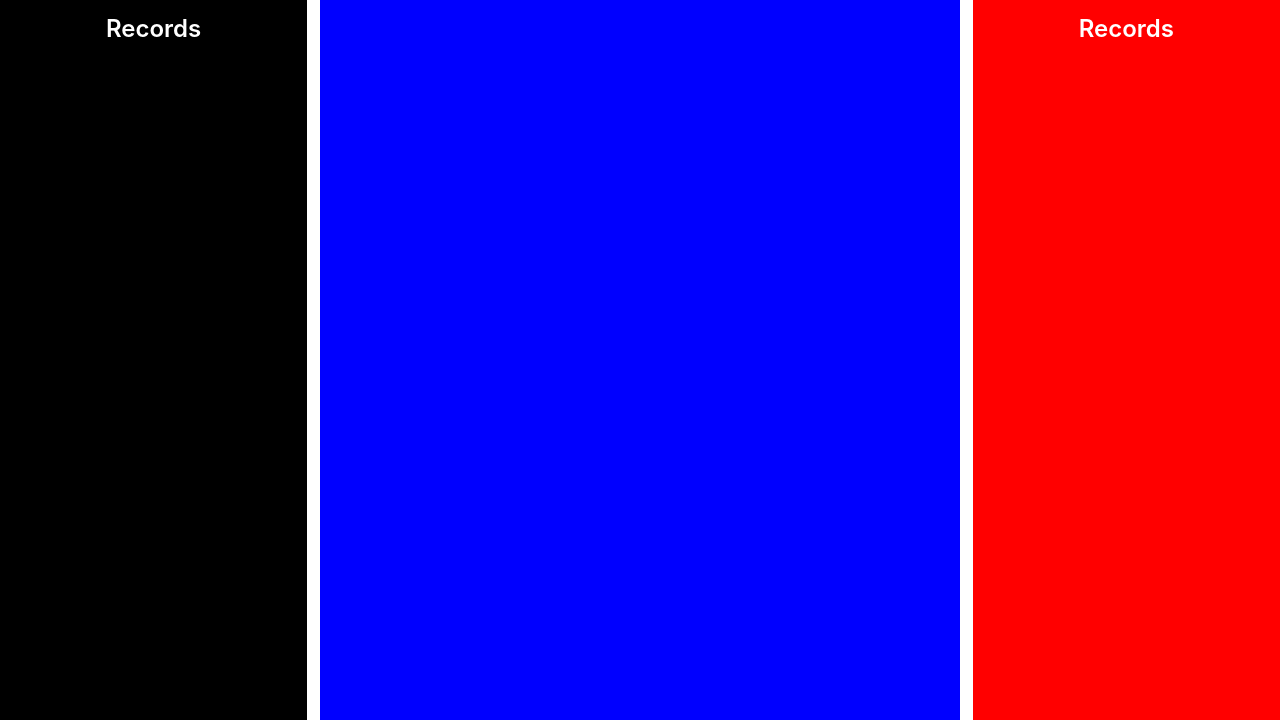
Repository: napan24/classforma_assignment
Page: / (app in client/)
These files come from the project's save history. The page is drawn as it stood at one moment and after the next save; the edit follows.
The browser window is 1280 px wide. The pictures show the whole page.
The project was rebuilt for these pictures with package versions that can differ from the ones it lists, and the page was loaded fresh each time. Also part of the build but not shown: client/src/App.css.

Above is the page before, as saved 2022-07-19 16:38:09.

After the next save:
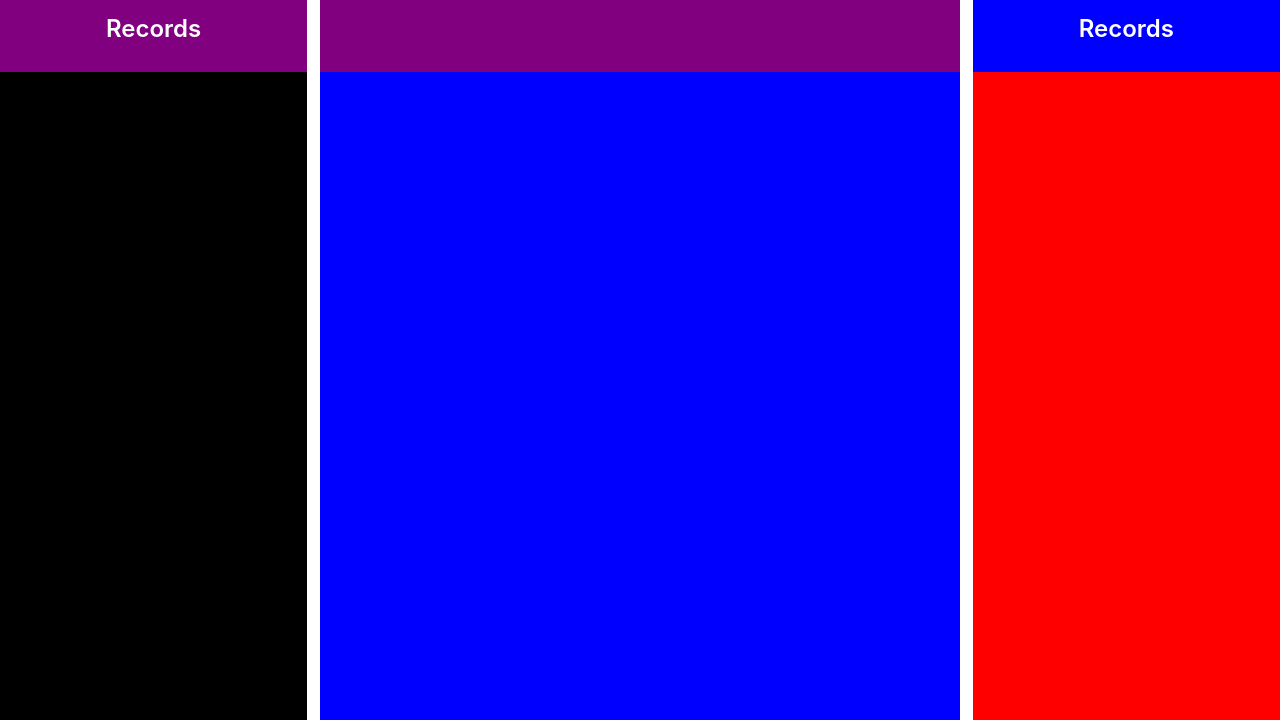
Saved 25 s later.
--- a/client/src/Home.js
+++ b/client/src/Home.js
@@ -5,7 +5,7 @@ const Home = () => {
         <>
             <div style={{ display: 'flex', width: "100vw", height: "100vh" }}>
                 <div style={{ width: "24vw", height: "100vh", backgroundColor: "black", marginRight: "1vw" }}>
-                    <div style={{ width: "24vw", height: "10vh", backgroundColor: "dark blue", textAlign: 'center', fontSize: '150%', color: "white", fontWeight: "600", position: "fixed" }}>
+                    <div style={{ width: "24vw", height: "10vh", backgroundColor: "purple", textAlign: 'center', fontSize: '150%', color: "white", fontWeight: "600", position: "fixed" }}>
                         <p style={{ marginTop: "2vh" }}>
                             Records
                         </p>
@@ -15,7 +15,7 @@ const Home = () => {
                     </div>
                 </div>
                 <div style={{ width: "50vw", height: "100vh", backgroundColor: "blue", marginRight: "1vw" }}>
-                    <div style={{ width: "50vw", height: "10vh", backgroundColor: "dark blue" }}>
+                    <div style={{ width: "50vw", height: "10vh", backgroundColor: "purple" }}>
 
                     </div>
                     <div>
@@ -23,7 +23,7 @@ const Home = () => {
                     </div>
                 </div>
                 <div style={{ width: "24vw", height: "100vh", backgroundColor: "red" }}>
-                    <div style={{ width: "24vw", height: "10vh", backgroundColor: "dark blue", textAlign: 'center', fontSize: '150%', color: "white", fontWeight: "600", position: "fixed" }}>
+                    <div style={{ width: "24vw", height: "10vh", backgroundColor: "blue", textAlign: 'center', fontSize: '150%', color: "white", fontWeight: "600", position: "fixed" }}>
                         <p style={{ marginTop: "2vh" }}>
                             Records
                         </p>
